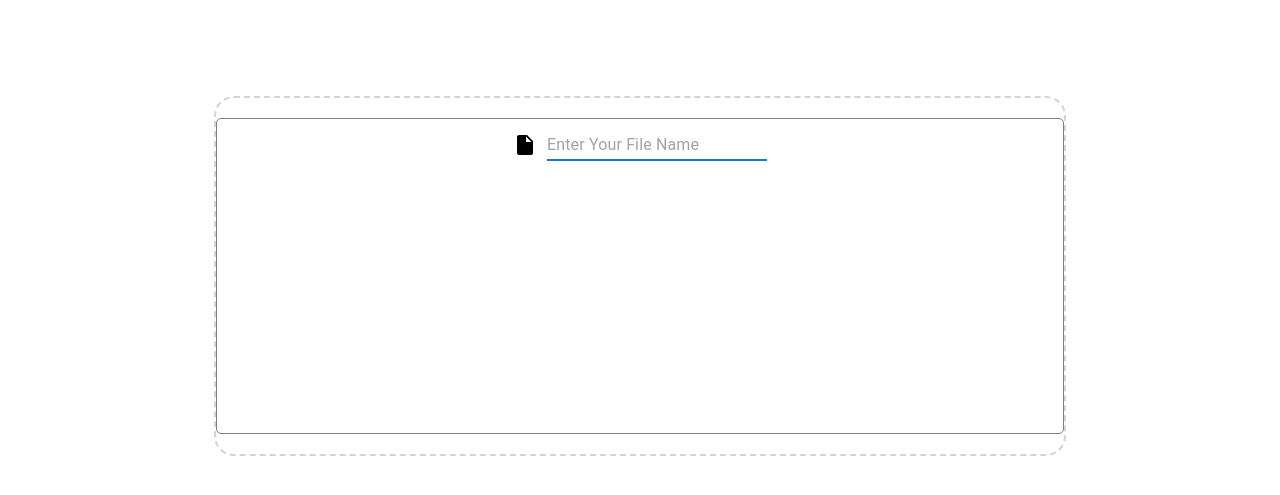
Repository: BhushanPatil-121/pdf-upload-nextjs
Page: /
The author's editor kept a copy of each file at every save. The page is drawn from the files as they stood at one save, then again after the next save.
The browser window is 1280 px wide. The pictures show the whole page.
The project was rebuilt for these pictures with package versions that can differ from the ones it lists, and the page was loaded fresh each time. The framework's server and built-in components were replaced by stand-ins that run in the browser. Also part of the build but not shown: next.config.mjs.

Above is the page before, as saved 2024-02-29 11:36:41.

### src/app/page.tsx
"use client"
import styles from "./page.module.css";
import { styled } from '@mui/material/styles';
import Button from '@mui/material/Button';
import CloudUploadIcon from '@mui/icons-material/CloudUpload';
import { useState } from 'react';
import { Alert, Box, Card, Container, Stack, TextField } from "@mui/material";
import InsertDriveFileIcon from '@mui/icons-material/InsertDriveFile';
import SendIcon from '@mui/icons-material/Send';
import LoadingButton from '@mui/lab/LoadingButton';
import { CloudDownload } from "@mui/icons-material";

const VisuallyHiddenInput = styled('input')({
  clip: 'rect(0 0 0 0)',
  clipPath: 'inset(50%)',
  height: 1,
  overflow: 'hidden',
  position: 'absolute',
  bottom: 0,
  left: 0,
  whiteSpace: 'nowrap',
  width: 1,
});

export default function Home() {
  const [loading, setLoading] = useState(false);
  const [uploading, setUploding] = useState(false);
  const [fileName, setFileName] = useState<string>("")
  const [defaultFileName, setDefaultFileName] = useState<string>("")
  const [file, setFile] = useState<string>("")
  function handleClick(e: any) {
    setLoading(true);
    setTimeout(() => setLoading(false), 3000);
    setTimeout(() => {
      setUploding(true)
      setFileName("")
      setFile("")
    }, 3000);
    setTimeout(() => setUploding(false), 6000);
    e.preventDefault();
    let formData = new FormData();
    formData.append('filename', fileName);
    formData.append('file', file);
    console.log(fileName, file);
  }
  return (
    <main className={styles.main}>
      <Container maxWidth="md">
        <Box  className={styles.mainContainer }
        sx={{  height: '50vh' }}>
           <Container className={styles.mainFormContainer}>
           <div className={styles.mainFormSubContainer1}>
              <InsertDriveFileIcon />
              <Box >
              <TextField
                id="standard-basic"
                fullWidth
                placeholder="Enter Your File Name"
                value={fileName}
                autoFocus
                onChange={(e) => { setFileName(e.target.value) }}
                variant="standard" />
              </Box>
            </div>
            </Container>
        </Box>
      </Container>
    </main>
  );
}

### src/app/globals.css


* {
  box-sizing: border-box;
  padding: 0;
  margin: 0;
}

html,
body {
  max-width: 100vw;
  overflow-x: hidden;
}


a {
  color: inherit;
  text-decoration: none;
}

### src/app/page.module.css
.main {
  display: flex;
  flex-direction: column;
  justify-content: start;
  gap: 20px;
  align-items: center;
  padding: 6rem 0;
  min-height: 100vh;
}

.mainContainer {
  display: flex;
  flex-direction: column;
  justify-content: center;
  align-items: center;
  border-radius: 20px;
  border: dashed 2px lightgrey;
}

.mainHeading {
  color: grey;
}

.mainForm {
  display: flex;
  flex-direction: column;
  align-items: center;
  justify-content: center;
  width: 100%;
  padding: 10px;
  border-radius: 10px;
}

.mainFormContainer {
  display: flex;
  flex-direction: column;
  align-items: center;
  justify-content: center;
  width: 100%;
  height: 100%;
  border: 1px solid grey;
  border-radius: 5px;
  padding: 10px;
  gap: 10px;
  margin: 20px;
}

.mainFormSubContainer1 {
  display: flex;
  flex-direction: row;
  align-items: center;
  justify-content: center;
  gap: 10px;
  width: 100%;
}

.mainFormSubContainer2 {
  display: flex;
  flex-direction: row;
  align-items: center;
  justify-content: space-evenly;
  gap: 10px;
  width: 100%;

}

Loaded but not shown: src/app/layout.tsx (common file)

After the next save:
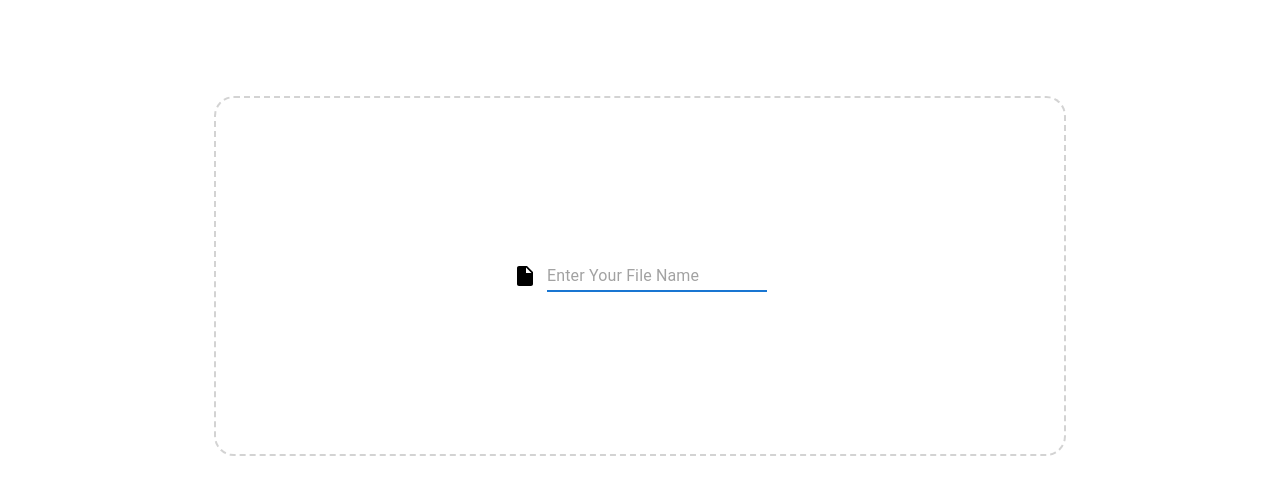
Saved 9 s later.
--- a/src/app/page.tsx
+++ b/src/app/page.tsx
@@ -48,7 +48,7 @@ export default function Home() {
       <Container maxWidth="md">
         <Box  className={styles.mainContainer }
         sx={{  height: '50vh' }}>
-           <Container className={styles.mainFormContainer}>
+           <Container >
            <div className={styles.mainFormSubContainer1}>
               <InsertDriveFileIcon />
               <Box >
